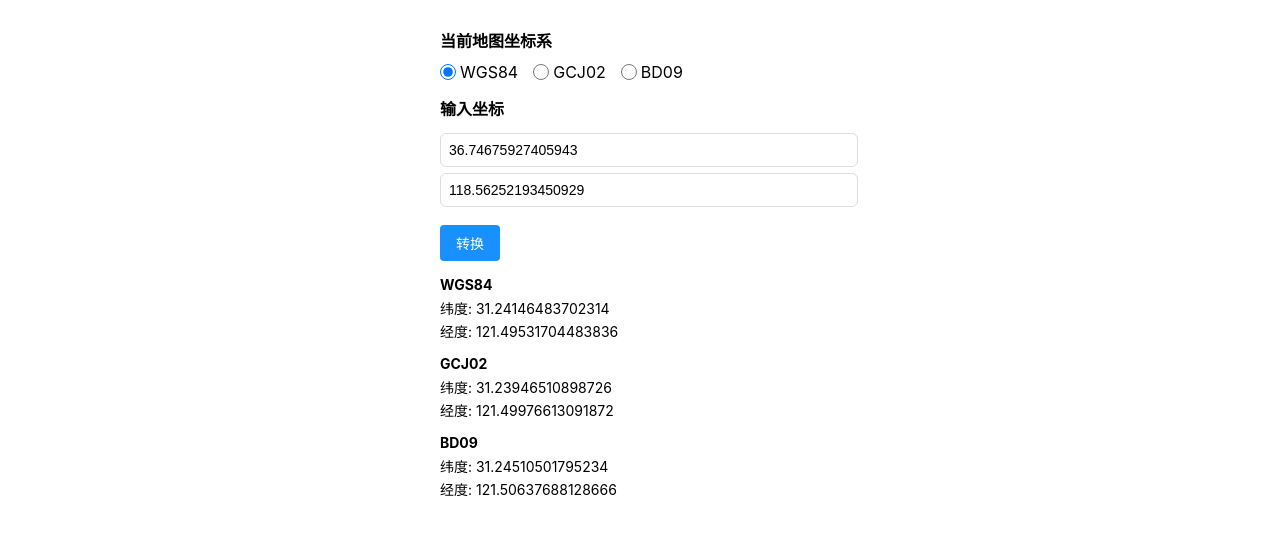
Repository: 1242128273wangpeng/MapTransformTools
Page: popup.html
The author's editor kept a copy of each file at every save. The page is drawn from the files as they stood at one save, then again after the next save.
The browser window is 1280 px wide. The pictures show the whole page.

Above is the page before, as saved 2025-01-19 15:04:19.

### popup.html
<!DOCTYPE html>
<html>
  <head>
    <title>坐标转换</title>
    <style>
      body {
        font-family: -apple-system, BlinkMacSystemFont, 'Segoe UI', Roboto, Oxygen, Ubuntu, Cantarell, sans-serif;
        padding: 15px;
        max-width: 400px;
        margin: 0 auto;
      }

      h2 {
        margin-bottom: 10px;
        font-weight: bold;
        font-size: 16px;
      }

      .input-section {
        margin-bottom: 15px;
      }

      .coordinate-input {
        width: 100%;
        padding: 8px;
        margin: 3px 0;
        border: 1px solid #ddd;
        border-radius: 6px;
        font-size: 14px;
      }

      .coordinate-types {
        margin: 10px 0;
        display: flex;
        gap: 15px;
      }

      .radio-group {
        display: flex;
        align-items: center;
        gap: 4px;
      }

      .radio-group input[type="radio"] {
        width: 16px;
        height: 16px;
        margin: 0;
      }

      .convert-btn {
        background-color: #1890ff;
        color: white;
        border: none;
        padding: 8px 16px;
        border-radius: 4px;
        cursor: pointer;
        font-size: 14px;
      }

      .result-section {
        margin-top: 15px;
      }

      .coordinate-system {
        margin-bottom: 12px;
      }

      .coordinate-system h3 {
        font-size: 14px;
        margin-bottom: 5px;
      }

      .coordinate-value {
        margin: 3px 0;
        font-size: 14px;
      }
    </style>
  </head>
  <body>
    <h2>当前地图坐标系</h2>
    <div class="coordinate-types">
      <div class="radio-group">
        <input type="radio" id="current-wgs84" name="currentCoordType" checked>
        <label for="current-wgs84">WGS84</label>
      </div>
      <div class="radio-group">
        <input type="radio" id="current-gcj02" name="currentCoordType">
        <label for="current-gcj02">GCJ02</label>
      </div>
      <div class="radio-group">
        <input type="radio" id="current-bd09" name="currentCoordType">
        <label for="current-bd09">BD09</label>
      </div>
    </div>

    <div class="input-section">
      <h2>输入坐标</h2>
      <input type="text" class="coordinate-input" value="36.74675927405943">
      <input type="text" class="coordinate-input" value="118.56252193450929">
    </div>

    <button class="convert-btn">转换</button>

    <div class="result-section">
      <div class="coordinate-system">
        <h3>WGS84</h3>
        <div class="coordinate-value">纬度: 31.24146483702314</div>
        <div class="coordinate-value">经度: 121.49531704483836</div>
      </div>

      <div class="coordinate-system">
        <h3>GCJ02</h3>
        <div class="coordinate-value">纬度: 31.23946510898726</div>
        <div class="coordinate-value">经度: 121.49976613091872</div>
      </div>

      <div class="coordinate-system">
        <h3>BD09</h3>
        <div class="coordinate-value">纬度: 31.24510501795234</div>
        <div class="coordinate-value">经度: 121.50637688128666</div>
      </div>
    </div>

    <script>
      document.querySelector('.convert-btn').addEventListener('click', function() {
        // Add conversion logic here
        console.log('Converting coordinates...');
      });
    </script>
  </body>
</html>

After the next save:
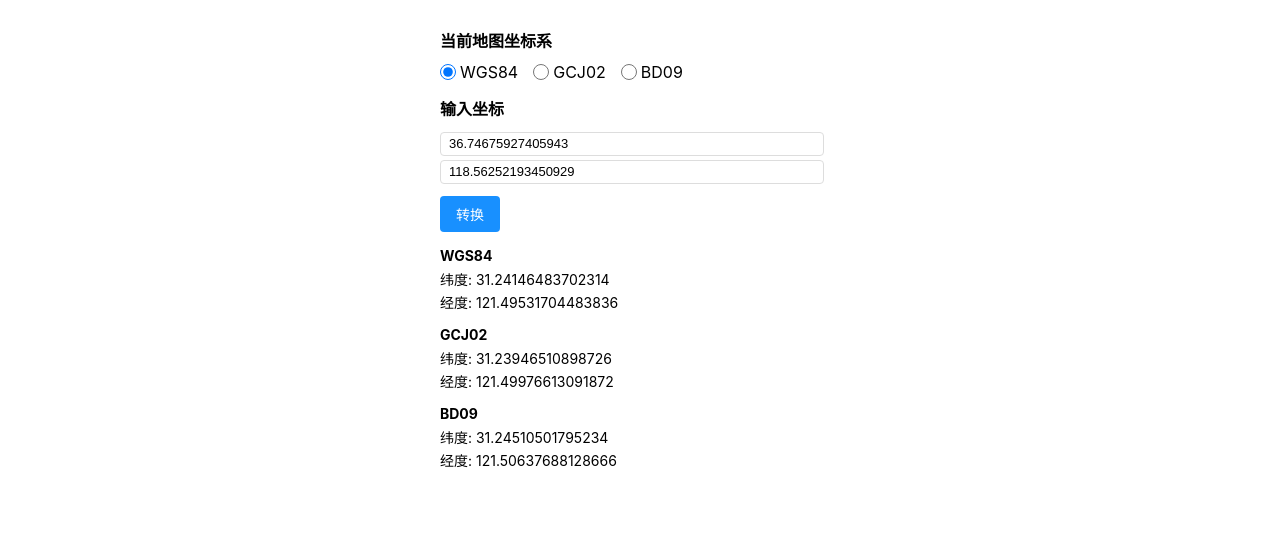
Saved 42 s later.
--- a/popup.html
+++ b/popup.html
@@ -17,16 +17,18 @@
       }
 
       .input-section {
-        margin-bottom: 15px;
+        margin-bottom: 10px;
       }
 
       .coordinate-input {
-        width: 100%;
-        padding: 8px;
-        margin: 3px 0;
+        width: calc(100% - 16px);  /* 减去padding的宽度 */
+        padding: 4px 8px;
+        margin: 2px 0;
         border: 1px solid #ddd;
-        border-radius: 6px;
-        font-size: 14px;
+        border-radius: 4px;
+        font-size: 13px;
+        height: 24px;
+        box-sizing: border-box;
       }
 
       .coordinate-types {
